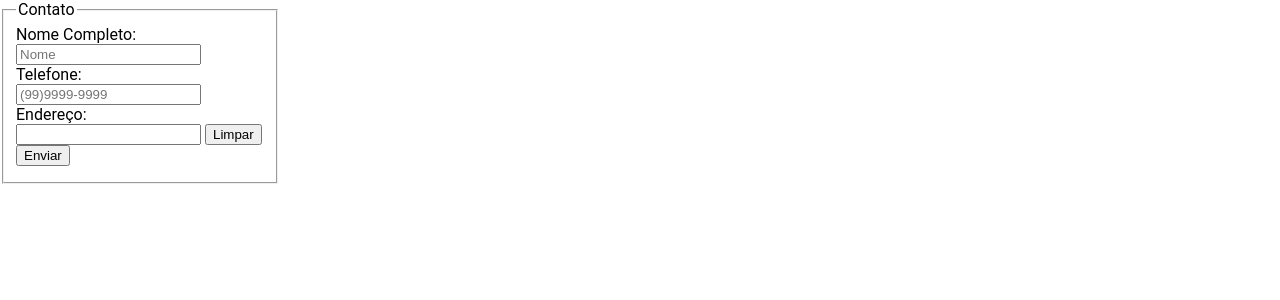
Repository: PedroViniciusVeiga/ProjetoColdigo
Page: exemploServlet/WebContent/contato.html
These files come from the project's save history. The page is drawn as it stood at one moment and after the next save; the edit follows.
The browser window is 1280 px wide. The pictures show the whole page.

Above is the page before, as saved 2021-04-07 02:27:46.

After the next save:
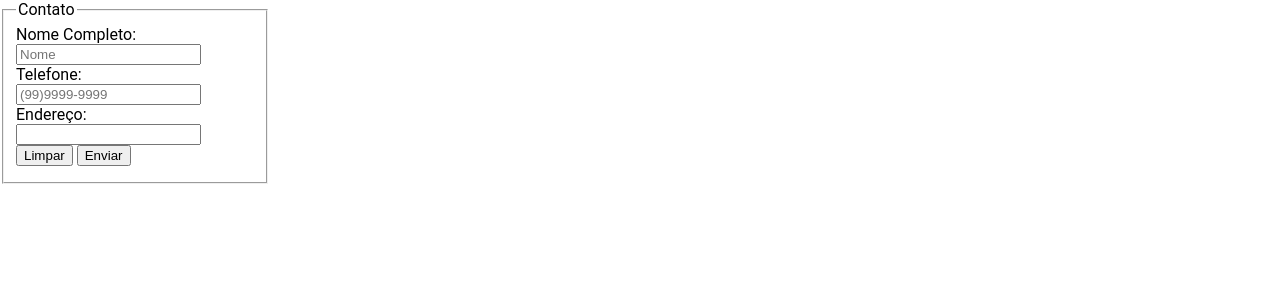
Saved 9 s later.
--- a/exemploServlet/WebContent/css/siteContato.css
+++ b/exemploServlet/WebContent/css/siteContato.css
@@ -16,6 +16,6 @@ section{
 
 .blocoForm{
 	float:left;
-	width: 280px;
+	width: 270px;
 	height: 400px;
 }
